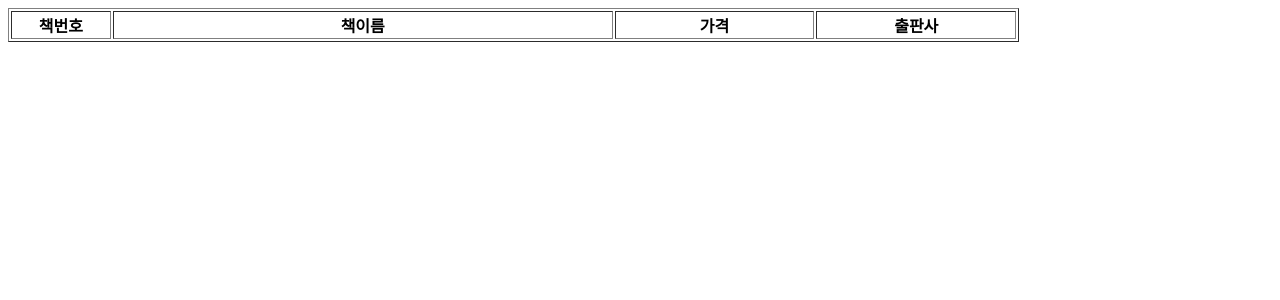
Repository: beom324/jsp-servlet
Page: http://localhost/day1228/listBook.do
These files come from the project's save history. The page is drawn as it stood at one moment and after the next save; the edit follows.
The browser window is 1280 px wide. The pictures show the whole page.
The page is served by Tomcat 9. Other server files are loaded and not shown.

Above is the page before, as saved 2023-12-28 02:28:36.

### day1228/src/main/webapp/listBook.jsp
<%@ page language="java" contentType="text/html; charset=UTF-8"
    pageEncoding="UTF-8"%>
        <%@taglib prefix="c" uri="http://java.sun.com/jsp/jstl/core" %>

<!DOCTYPE html>
<html>
<head>
<meta charset="UTF-8">
<title>Insert title here</title>
</head>
<body>
<table border="1" width="80%">

	<tr>
		<th width="10%">책번호</th>
		<th width="50%">책이름</th>
		<th width="20%">가격</th>
		<th width="20%">출판사</th>
	</tr>
	<c:forEach var="list" items="${list}" >
	<tr>
		<td>${list.bookid}</td>
		<td>${list.bookname}</td>
		<td>${list.price}</td>
		<td>${list.publisher}</td>
	</tr>
	</c:forEach>
</table>
</body>
</html>

### day1228/src/main/java/servlet/ListBook.java
package servlet;

import java.io.IOException;
import java.util.ArrayList;

import javax.servlet.RequestDispatcher;
import javax.servlet.ServletException;
import javax.servlet.annotation.WebServlet;
import javax.servlet.http.HttpServlet;
import javax.servlet.http.HttpServletRequest;
import javax.servlet.http.HttpServletResponse;

import dao.BookDAO;
import vo.BookVO;

/**
 * Servlet implementation class ListBook
 */
@WebServlet("/listBook.do")
public class ListBook extends HttpServlet {
	private static final long serialVersionUID = 1L;

    /**
     * @see HttpServlet#HttpServlet()
     */
    public ListBook() {
        super();
        // TODO Auto-generated constructor stub
    }

	/**
	 * @see HttpServlet#doGet(HttpServletRequest request, HttpServletResponse response)
	 */
	protected void doGet(HttpServletRequest request, HttpServletResponse response) throws ServletException, IOException {
		BookDAO dao = new BookDAO();
		ArrayList<BookVO> list = new ArrayList<BookVO>();
		request.setCharacterEncoding("utf-8");
		list=dao.findAll();

		request.setAttribute("list", list);

		RequestDispatcher dispatcher = request.getRequestDispatcher("listBook.jsp");
		dispatcher.forward(request, response);

	}

	/**
	 * @see HttpServlet#doPost(HttpServletRequest request, HttpServletResponse response)
	 */
	protected void doPost(HttpServletRequest request, HttpServletResponse response) throws ServletException, IOException {
		// TODO Auto-generated method stub
		doGet(request, response);
	}

}

### day1228/src/main/java/dao/BookDAO.java
package dao;

import java.sql.Connection;
import java.sql.PreparedStatement;
import java.sql.ResultSet;
import java.util.ArrayList;

import db.ConnectionProvider;
import vo.BookVO;

public class BookDAO {

	public ArrayList<BookVO> findAll(){
		String sql = "select * from book";
		ArrayList<BookVO> list = new ArrayList<BookVO>();
		try {
			Connection conn =  ConnectionProvider.getConnect();
			PreparedStatement pstmt = conn.prepareStatement(sql);
			ResultSet rs = pstmt.executeQuery();
			while(rs.next()) {
				list.add(new BookVO(rs.getInt(1),rs.getString(2),rs.getInt(3),rs.getString(4)));
			}
			ConnectionProvider.close(conn, rs, pstmt);
		}catch(Exception e) {
			System.out.println(e.getMessage());
		}
		return list;
	}

	public int deleteBook(int no) {
		String sql = "delete book where bookid=?";
		int re = -1;
		try {
			Connection conn = ConnectionProvider.getConnect();
			PreparedStatement pstmt = conn.prepareStatement(sql);
			pstmt.setInt(1, no);

			re = pstmt.executeUpdate();
			ConnectionProvider.close(conn, pstmt);
		}catch(Exception e) {
			System.out.println(e.getMessage());
		}
		return re;

	}

	public int updateBook(BookVO b) {
		String sql ="update book set bookname=?,price=?,publisher=? where bookid=?";
		int re = -1;
		try {
			Connection conn = ConnectionProvider.getConnect();
			PreparedStatement pstmt = conn.prepareStatement(sql);

			pstmt.setString(1, b.getBookname());
			pstmt.setInt(2, b.getPrice());
			pstmt.setString(3, b.getPublisher());
			pstmt.setInt(4, b.getBookid());

			re = pstmt.executeUpdate();
			ConnectionProvider.close(conn, pstmt);

		}catch(Exception e) {
			System.out.println(e.getMessage());
		}
		return re;
	}
	public int insertBook(BookVO b) {
		String sql = "insert into book values(bookid=? , bookname=?, price=?,publisher=?)";
		int re = -1;
		try {
			Connection conn = ConnectionProvider.getConnect();
			PreparedStatement pstmt = conn.prepareStatement(sql);
			pstmt.setInt(1, b.getBookid());
			pstmt.setString(2, b.getBookname());
			pstmt.setInt(3, b.getPrice());
			pstmt.setString(4, b.getPublisher());
			re=pstmt.executeUpdate();
			ConnectionProvider.close(conn, pstmt);
		}catch(Exception e) {
			System.out.println(e.getMessage());
		}

		return re;
	}

	public BookVO findByBookId(int no) {
		String sql = "select * from book where bookid=?";
		BookVO vo = new BookVO();
		try {
			Connection conn = ConnectionProvider.getConnect();
			PreparedStatement pstmt = conn.prepareStatement(sql);
			pstmt.setInt(1, no);
			ResultSet rs = pstmt.executeQuery();
			if(rs.next()) {
				vo.setBookid(no);
				vo.setBookname(rs.getString(2));
				vo.setPrice(rs.getInt(3));
				vo.setPublisher(rs.getString(4));
			}
			ConnectionProvider.close(conn, rs, pstmt);
		}catch(Exception e) {
			System.out.println(e.getMessage());
		}
		return vo;
	}
}

### day1228/src/main/java/db/ConnectionProvider.java
package db;

import java.sql.Connection;
import java.sql.ResultSet;
import java.sql.Statement;

import javax.naming.Context;
import javax.naming.InitialContext;
import javax.sql.DataSource;

public class ConnectionProvider {
	public static Connection getConnect() {
		Connection conn = null;
		try {
			Context context = new InitialContext();
			DataSource ds = (DataSource)context.lookup("java:/comp/env/sist");//설정한 커넥션풀에대한 정보를 읽어옴
			conn = ds.getConnection();
		}catch(Exception e) {
			System.out.println(e.getMessage());
		}
		return conn;
	}

	public static void close(Connection conn, ResultSet rs,Statement stmt ) {
		try {
			if(stmt!=null) {
				stmt.close();
			}
			if(conn!=null) {
				conn.close();
			}
		}catch(Exception e) {
			System.out.println(e.getMessage());
		}
	}
	public static void close(Connection conn,Statement stmt ) {
		try {
			if(stmt!=null) {
				stmt.close();
			}
			if(conn!=null) {
				conn.close();
			}
		}catch(Exception e) {
			System.out.println(e.getMessage());
		}
	}
}

After the next save:
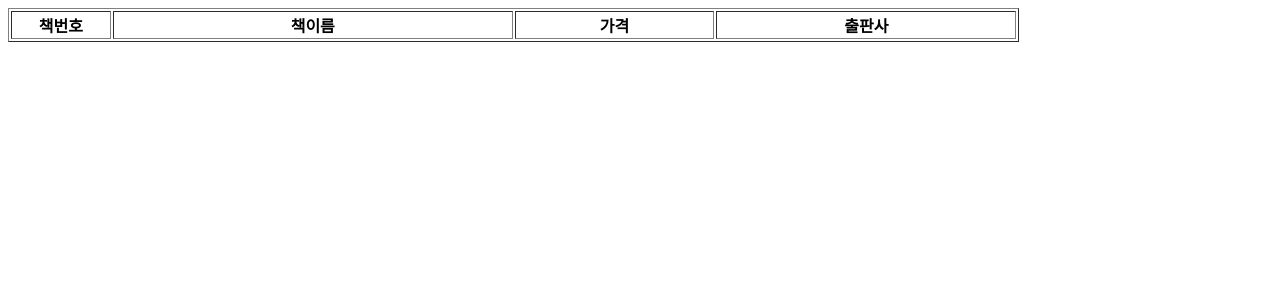
Saved 5 s later.
--- a/day1228/src/main/webapp/listBook.jsp
+++ b/day1228/src/main/webapp/listBook.jsp
@@ -13,9 +13,9 @@
 
 	<tr>
 		<th width="10%">책번호</th>
-		<th width="50%">책이름</th>
+		<th width="40%">책이름</th>
 		<th width="20%">가격</th>
-		<th width="20%">출판사</th>
+		<th width="30%">출판사</th>
 	</tr>
 	<c:forEach var="list" items="${list}" >
 	<tr>
